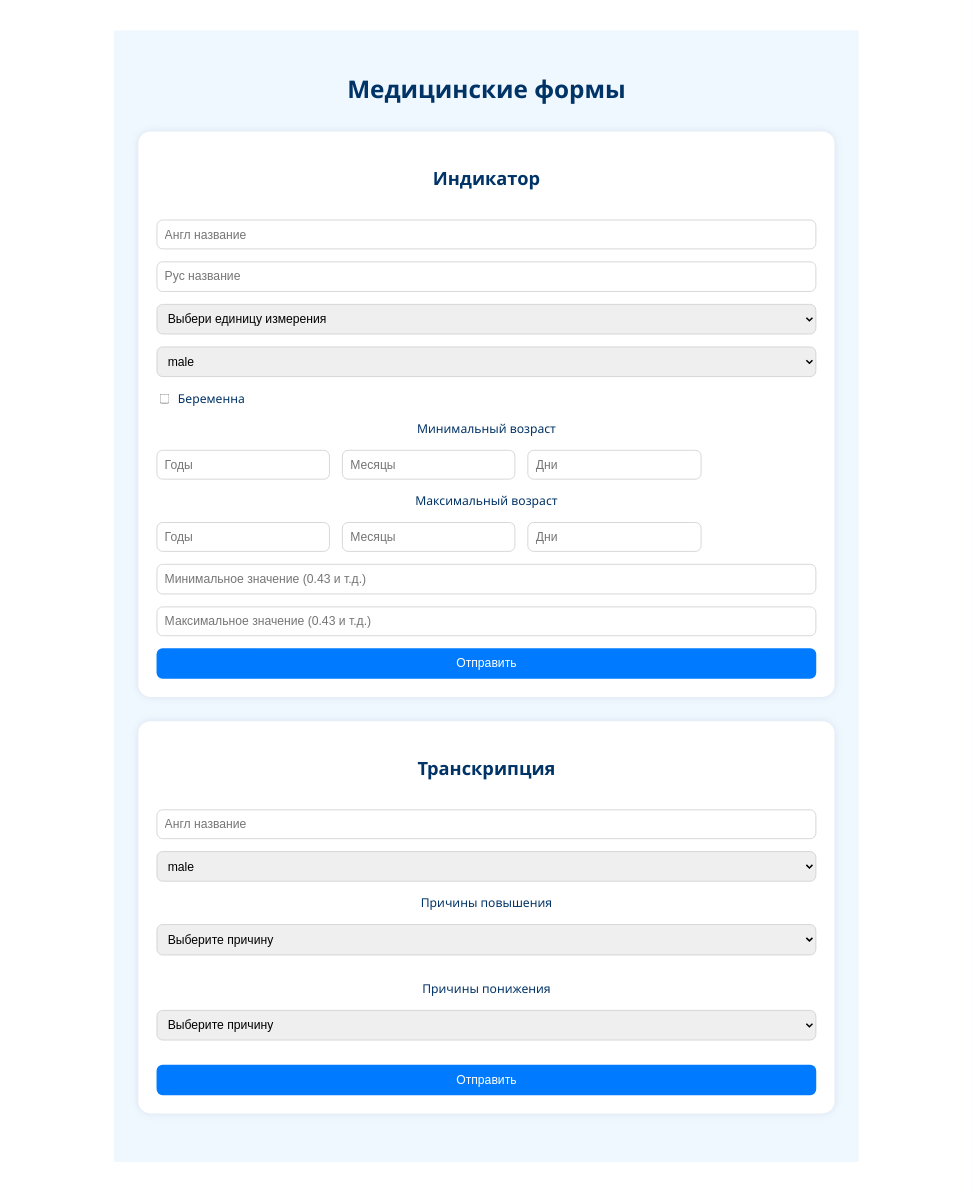
Repository: GGlebux/Transay
Page: / (app in frontend/)
These files come from the project's save history. The page is drawn as it stood at one moment and after the next save; the edit follows.
The browser window is 1280 px wide. The pictures show the whole page, at 76% of full size.
The project was rebuilt for these pictures with package versions that can differ from the ones it lists, and the page was loaded fresh each time. Also part of the build but not shown: frontend/vite.config.ts.

Above is the page before, as saved 2025-08-04 16:23:54.

### frontend/src/index.css
:root {
  font-family: system-ui, Avenir, Helvetica, Arial, sans-serif;
  line-height: 1.5;
  font-weight: 400;

  color-scheme: light dark;
  color: rgba(255, 255, 255, 0.87);


  font-synthesis: none;
  text-rendering: optimizeLegibility;
  -webkit-font-smoothing: antialiased;
  -moz-osx-font-smoothing: grayscale;
}

### frontend/src/App.tsx
import './styles/forms.css';
import IndicatorForm from './components/IndicatorForm';
import TranscriptForm from './components/TranscriptForm';

function App() {
  return (
    <div className="container">
      <h1>Медицинские формы</h1>
      <IndicatorForm />
      <TranscriptForm />
    </div>
  );
}

export default App;

### frontend/src/styles/forms.css
#root {
  max-width: 980px;
  margin: 0 auto;
  padding: 2rem;
  text-align: center;

}



.container {
  padding: 2rem;
  background-color: #f0f8ff;
  color: #003366;
  font-family: 'Segoe UI', sans-serif;
}

h1 {
  text-align: center;
  margin-bottom: 2rem;
}

.form-card {
  background: white;
  padding: 1.5rem;
  border-radius: 1rem;
  box-shadow: 0 0 12px rgba(0, 51, 102, 0.1);
  margin-bottom: 2rem;
  display: flex;
  flex-direction: column;
  gap: 1rem;
}

input,
select {
  padding: 0.6rem;
  border: 1px solid #ccc;
  border-radius: 8px;
  font-size: 1rem;
}

button {
  background-color: #007bff;
  color: white;
  border: none;
  padding: 0.7rem 1.5rem;
  font-size: 1rem;
  border-radius: 8px;
  cursor: pointer;
  transition: background 0.3s ease;
}

button:hover {
  background-color: #0056b3;
}

.age-row {
  display: flex;
  gap: 1rem;
}

.checkbox {
  display: flex;
  align-items: center;
  gap: 0.5rem;
}

.tag-container {
  display: flex;
  flex-wrap: wrap;
  gap: 0.5rem;
}

.tag {
  background-color: #e6f0ff;
  border: 1px solid #007bff;
  color: #003366;
  padding: 0.4rem 0.8rem;
  border-radius: 20px;
  display: flex;
  align-items: center;
  gap: 0.5rem;
}

.tag button {
  background: none;
  border: none;
  font-size: 1.2rem;
  color: #007bff;
  cursor: pointer;
}

### frontend/src/components/IndicatorForm.tsx
import { useState, useEffect } from 'react';

const genders = ['male', 'female', 'both'];

function IndicatorForm() {
  const [units, setUnits] = useState<string[]>([]);

  useEffect(() => {
    // Заменить на свой API
    setUnits(['mg/L', 'mmol/L', 'g/dL']);
  }, []);

  return (
    <form className="form-card">
      <h2>Индикатор</h2>
      <input placeholder="Англ название" />
      <input placeholder="Рус название" />

      <select>
        <option>Выбери единицу измерения</option>
        {units.map((u) => (
          <option key={u}>{u}</option>
        ))}
      </select>

      <select>
        {genders.map((g) => (
          <option key={g} value={g}>
            {g}
          </option>
        ))}
      </select>

      <label className="checkbox">
        <input type="checkbox" />
        Беременна
      </label>

      <label>Минимальный возраст</label>
      <div className="age-row">
        <input placeholder="Годы" type="number" />
        <input placeholder="Месяцы" type="number" />
        <input placeholder="Дни" type="number" />
      </div>

      <label>Максимальный возраст</label>
      <div className="age-row">
        <input placeholder="Годы" type="number" />
        <input placeholder="Месяцы" type="number" />
        <input placeholder="Дни" type="number" />
      </div>

      <input placeholder="Минимальное значение (0.43 и т.д.)" type="number" step="0.0001" />
      <input placeholder="Максимальное значение (0.43 и т.д.)" type="number" step="0.0001" />

      <button type="submit">Отправить</button>
    </form>
  );
}

export default IndicatorForm;

### frontend/src/components/TranscriptForm.tsx
import { useState } from 'react';

const genders = ['male', 'female', 'both'];
const exampleReasons = ['Стресс', 'Инфекция', 'Беременность', 'Физнагрузка'];

function TranscriptForm() {
  const [raiseReasons, setRaiseReasons] = useState<string[]>([]);
  const [lowerReasons, setLowerReasons] = useState<string[]>([]);

  const handleSelect = (type: 'raise' | 'lower', value: string) => {
    const set = type === 'raise' ? setRaiseReasons : setLowerReasons;
    const current = type === 'raise' ? raiseReasons : lowerReasons;
    if (!current.includes(value)) set([...current, value]);
  };

  const handleRemove = (type: 'raise' | 'lower', value: string) => {
    const set = type === 'raise' ? setRaiseReasons : setLowerReasons;
    const current = type === 'raise' ? raiseReasons : lowerReasons;
    set(current.filter((r) => r !== value));
  };

  return (
    <form className="form-card">
      <h2>Транскрипция</h2>

      <input placeholder="Англ название" />

      <select>
        {genders.map((g) => (
          <option key={g} value={g}>
            {g}
          </option>
        ))}
      </select>

      <label>Причины повышения</label>
      <select onChange={(e) => handleSelect('raise', e.target.value)}>
        <option>Выберите причину</option>
        {exampleReasons.map((r) => (
          <option key={r}>{r}</option>
        ))}
      </select>

      <div className="tag-container">
        {raiseReasons.map((r) => (
          <span key={r} className="tag">
            {r}
            <button type="button" onClick={() => handleRemove('raise', r)}>
              ×
            </button>
          </span>
        ))}
      </div>

      <label>Причины понижения</label>
      <select onChange={(e) => handleSelect('lower', e.target.value)}>
        <option>Выберите причину</option>
        {exampleReasons.map((r) => (
          <option key={r}>{r}</option>
        ))}
      </select>

      <div className="tag-container">
        {lowerReasons.map((r) => (
          <span key={r} className="tag">
            {r}
            <button type="button" onClick={() => handleRemove('lower', r)}>
              ×
            </button>
          </span>
        ))}
      </div>

      <button type="submit">Отправить</button>
    </form>
  );
}

export default TranscriptForm;

Loaded but not shown: frontend/index.html (common file); frontend/src/main.tsx (common file)

After the next save:
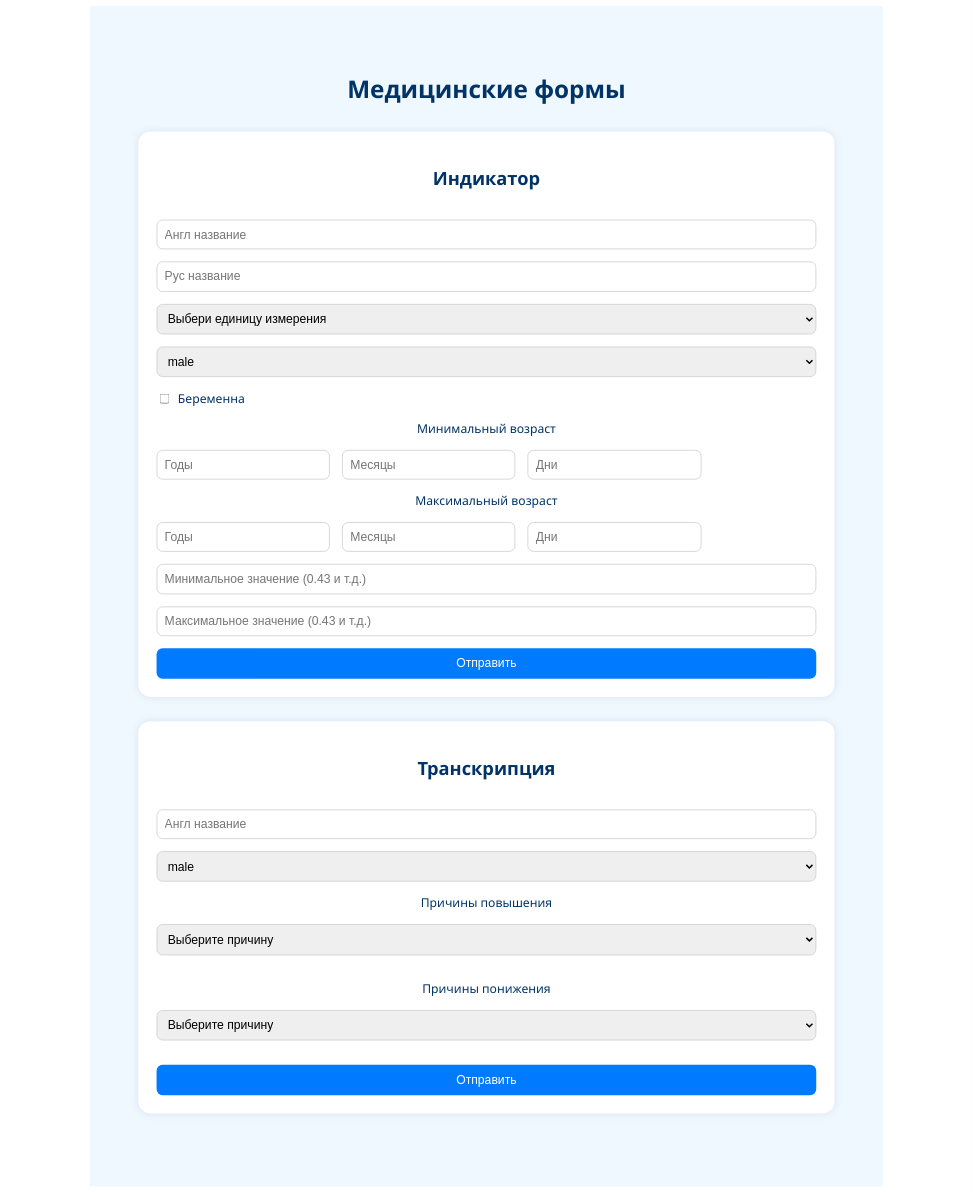
Saved 10 s later.
--- a/frontend/src/styles/forms.css
+++ b/frontend/src/styles/forms.css
@@ -3,7 +3,7 @@
   margin: 0 auto;
   padding: 2rem;
   text-align: center;
-
+    background-color: #f0f8ff;
 }
 
 
